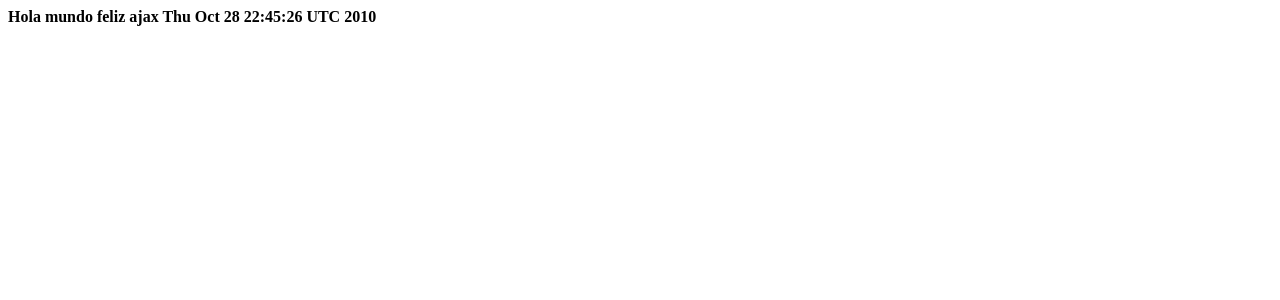
Repository: silverxmary/javaweb
Page: http://localhost/SoyFelizConAjax/ajax1.jsp
These files come from the project's save history. The page is drawn as it stood at one moment and after the next save; the edit follows.
The browser window is 1280 px wide. The pictures show the whole page.
The page is served by Tomcat 9.

Above is the page before, as saved 2017-08-30 18:38:59.

After the next save:
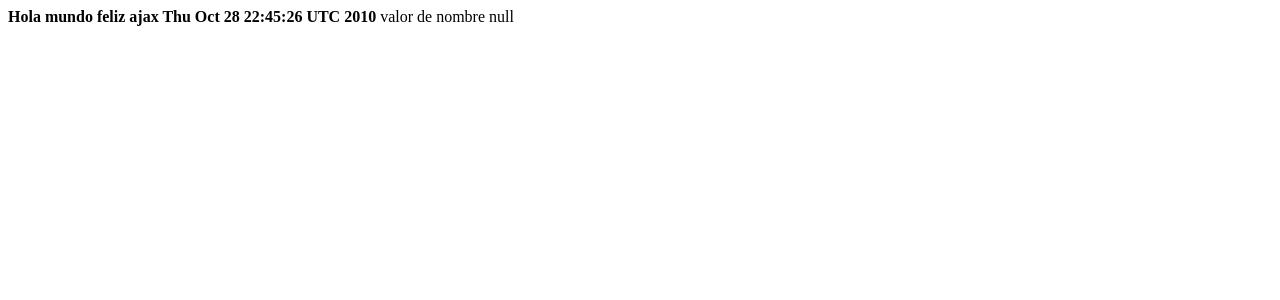
Saved 2 min 58 s later.
--- a/workspace/SoyFelizConAjax/WebContent/ajax1.jsp
+++ b/workspace/SoyFelizConAjax/WebContent/ajax1.jsp
@@ -3,7 +3,7 @@
     pageEncoding="ISO-8859-1"%>
 
     <b>Hola mundo feliz ajax  <%= new Date() %> </b>
-
+    valor de nombre <%=request.getParameter("nombre") %>
     <%
     Thread.sleep(3000);
     %>
